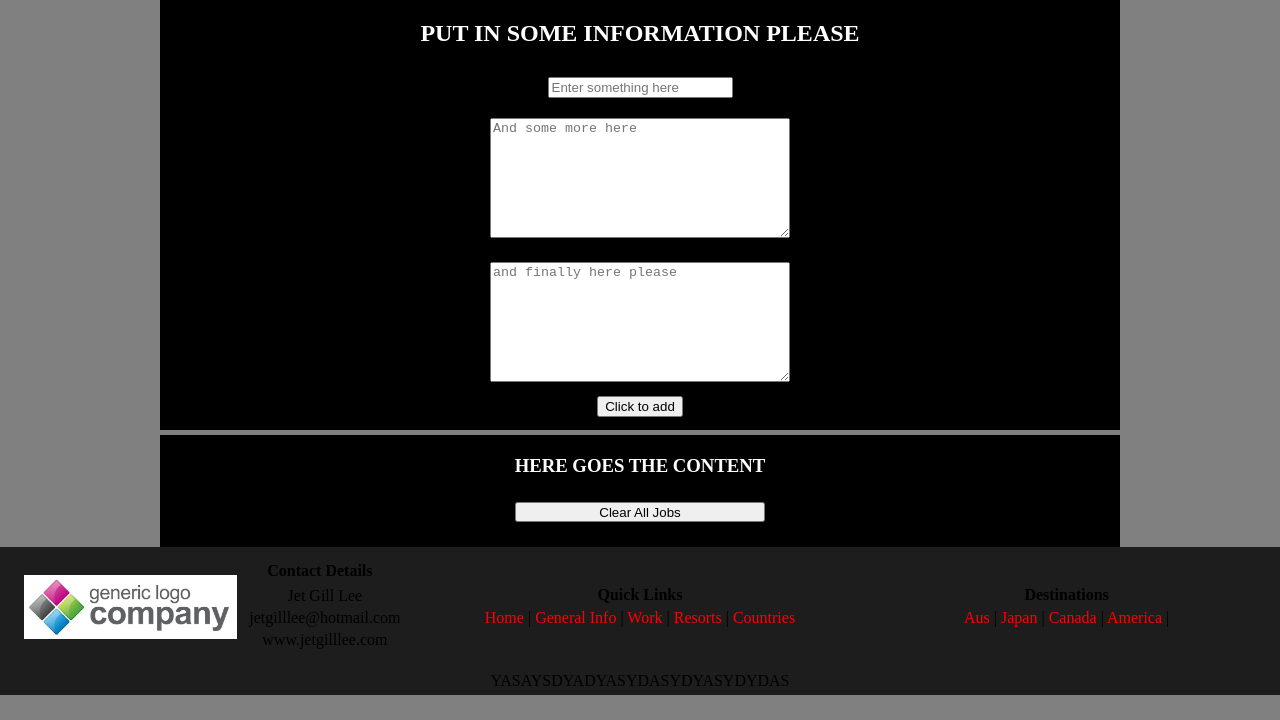
Repository: Jet-Gill-Lee/SnowSite
Page: submit-stuff.html
The author's editor kept a copy of each file at every save. The page is drawn from the files as they stood at one save, then again after the next save.
The browser window is 1280 px wide. The pictures show the whole page.

Above is the page before, as saved 2021-07-24 23:10:46.

After the next save:
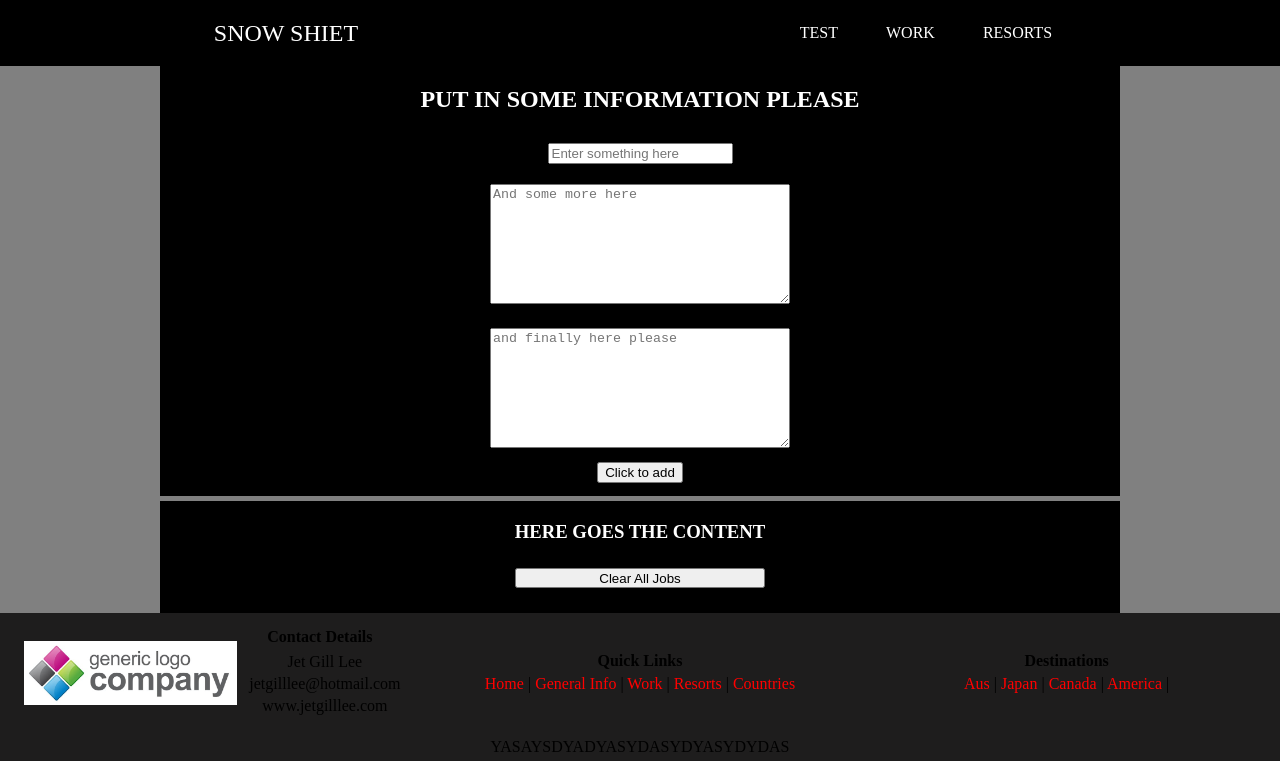
Saved 88 s later.
--- a/submit-stuff.html
+++ b/submit-stuff.html
@@ -9,7 +9,20 @@
   <link rel="stylesheet" href="./css/submitStuff.css"></style>
   <link rel="stylesheet" href="./css/stylesheet.css">
 </head>
-
+<div class="navbar">
+  <div class="brand-title"><a href='index.html'>SNOW SHIET</a></div>
+    <a href='#' class='toggle-button'>
+    <span class="bar"></span>
+    <span class="bar"></span>
+    <span class="bar"></span></a>
+  <div class="navbar-links">
+    <ul>
+      <li><a href="submit-stuff.html">TEST</a></li>
+      <li><a href="work-overview.html">WORK</a></li>
+      <li><a href="resorts-overview.html">RESORTS</a></li>
+    </ul>
+  </div>
+</div>
 
   <div class="form-container">
     <h2>PUT IN SOME INFORMATION PLEASE</h2>
